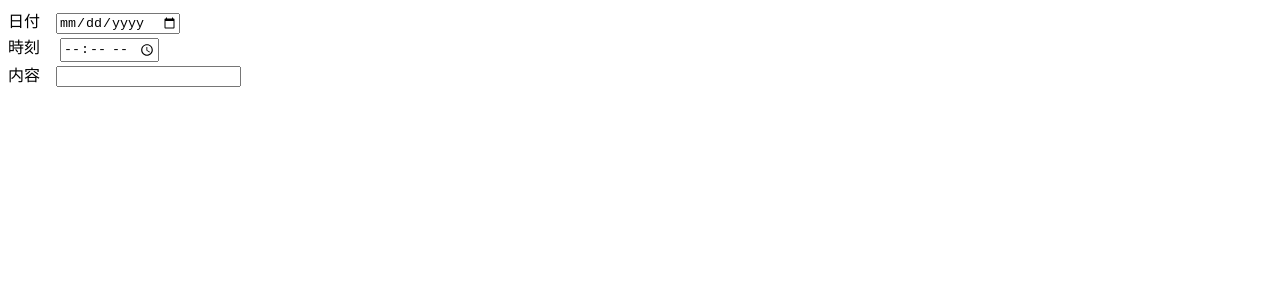
Repository: aiueo20/18ca0155
Page: SSP/kadai0203/WebContent/index.html
An editor plug-in stored every save of this project. The page is shown before and after the next save, followed by the edit.
The browser window is 1280 px wide. The pictures show the whole page.

Above is the page before, as saved 2018-11-26 07:06:54.

After the next save:
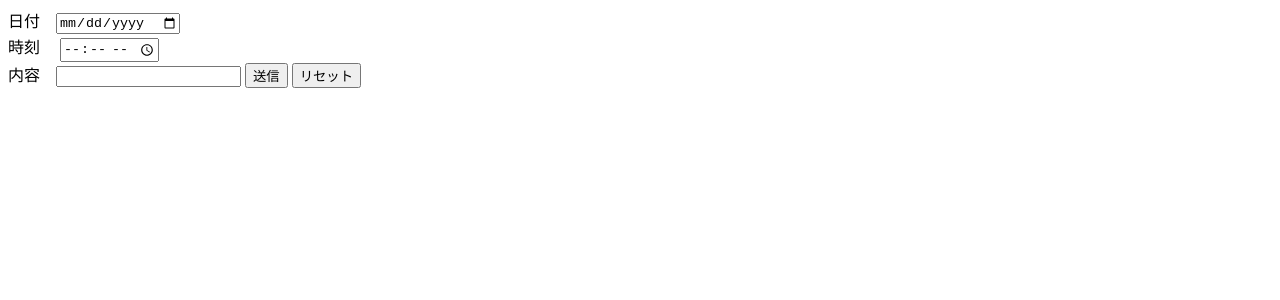
Saved 26 s later.
--- a/SSP/kadai0203/WebContent/index.html
+++ b/SSP/kadai0203/WebContent/index.html
@@ -10,6 +10,8 @@
 	時刻
 	<input type="time"></input><br>
 	内容　<input type="text">
+	<input type="submit" value="送信">
+	<input type="reset" value="リセット">
 
 </form>
 
